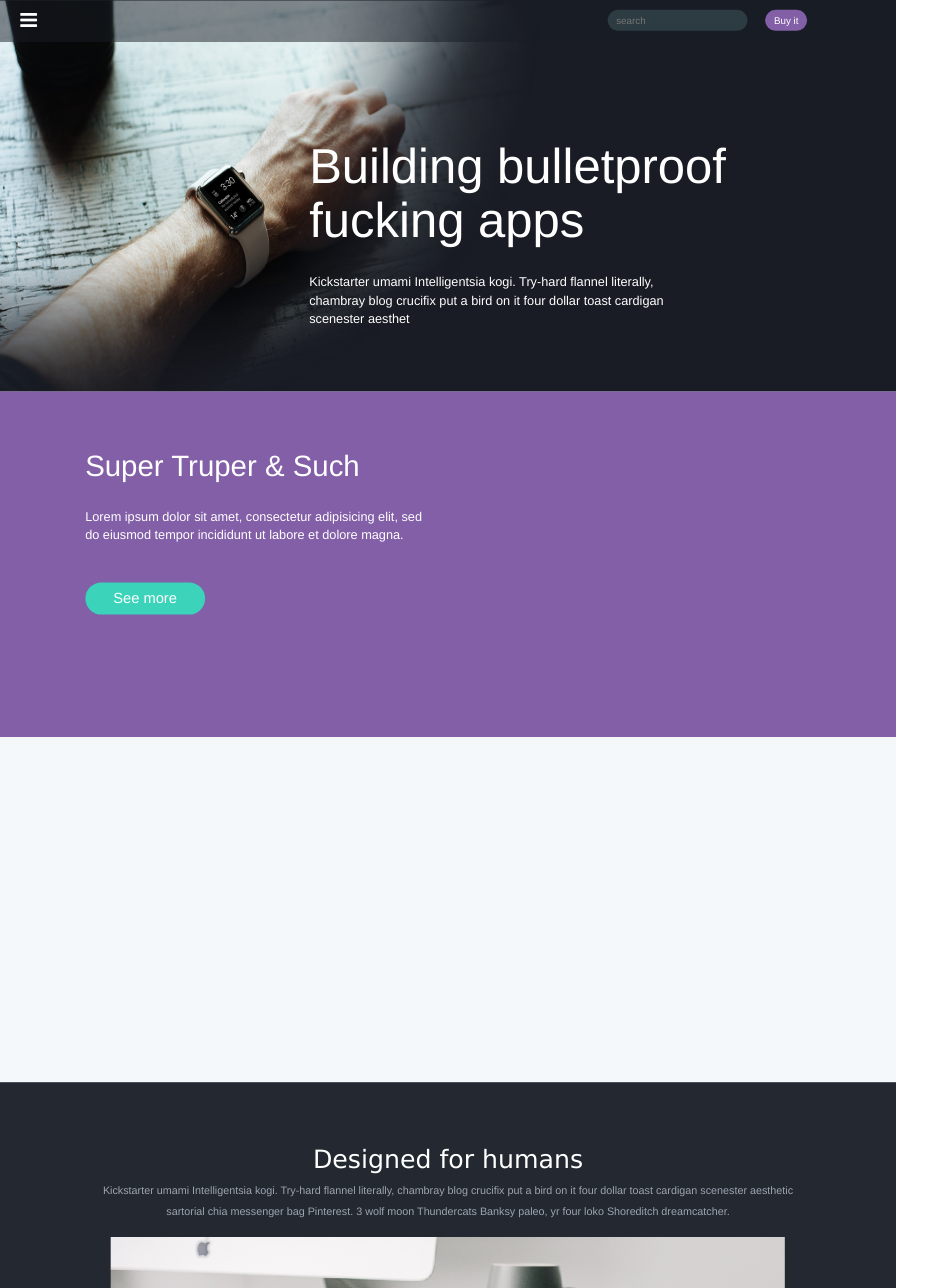
Repository: KatarzynaOwczarska/Tork
Page: Tork/WebContent/index.html
An editor plug-in stored every save of this project. The page is shown before and after the next save, followed by the edit.
The browser window is 1280 px wide. The page is 1321 px wide, so the pictures cover 1321 px, including what lies to the right of the window. The pictures show the part of the page from y = 0 to 1840 px (the page is 4689 px tall before and 4629 px after), at 70% of full size.
Backgrounds fixed to the window are drawn as part of the page.

Above is the page before, as saved 2017-02-06 13:35:32.

### Tork/WebContent/index.html
<!DOCTYPE html>
<html>
<head>
	<meta charset="UTF-8">
	<title>Tork</title>
	<link rel="stylesheet" type="text/css" href="./css/bootstrap.min.css">
	<link rel="stylesheet" type="text/css" href="./css/style.css">
	<link rel="stylesheet" href="./css/font-awesome.min.css">
	<link rel="stylesheet" href="./css/animate.css" type="text/css">
	<script src="./js/jquery-3.1.1.min.js"></script>
	<script src="./js/bootstrap.min.js"></script>
	<script src="./js/jquery.viewportchecker.min.js"></script>
	<script src="./js/scrollreveal.min.js"></script>
</head>
<body>
<div class="container-fluid">
	<div class="row">
		<div id="zegarek" class="col-xs-12" >
				<header>
					<div class="col-xs-1">
						<span id="nav" class="fa fa-bars fa-2x" aria-hidden="true"></span>
					</div>
					<div class="col-xs-offset-1 col-xs-9 col-lg-offset-7 col-lg-3">
						<input id="search" type="search" placeholder="search">
						<button id="buy-it">Buy it</button>
					</div>
				</header>
			<div class="col-xs-12 col-sm-offset-4 col-sm-6">
				<h1 id="naglowek"> Building bulletproof <br>fucking apps</h1>
				<p id="napis"><br>Kickstarter umami Intelligentsia kogi. Try-hard flannel literally, chambray blog crucifix put a bird on it four dollar toast cardigan scenester aesthet</p>
			</div>
			<div data-animate="bounceInDown"id="telefon" class="col-md-offset-6 col-md-6 hidden-xs hidden-sm">
				<img src="./telefon.png" height="550" width="430">
			</div>
		</div>
	</div>
	<div id=fiolet class="row">
			<div  id="super" class="col-md-5 col-md-offset-1 col-xs-offset-2 col-xs-8">
				<h2 id="super-truper">Super Truper & Such</h2>
				<p id="napis2"><br>Lorem ipsum dolor sit amet, consectetur adipisicing elit, sed do eiusmod tempor incididunt ut labore et dolore magna.</p>
				<button id="przycisk">See more</button>
			</div>
	</div>
	<div id="trzy-kolumny" class="row">
			<div data-animate="fadeIn" class="col-xs-10 col-xs-offset-1">
				<div class="col-xs-12 col-md-4">
					<h2 id="design-features">Design & Features</h2>
					<br>
					<p id="design-features-p">Flannel ennui narwhal, craft beer twee Vice plaid authentic synth.</p>
					<br>
					<p id="miedzy-liniami">Kickstarter umami Intelligentsia kogi. Try-hard flannel literally, chambray blog crucifix put a bird on it four dollar toast cardigan scenester aesthetic sartorial chia messenger bag Pinterest.</p>
					<br>
					<button id="przycisk">See more</button>
				</div>
				<div class="col-xs-12 col-md-4">
					<h2 id="design-features">Design & Features</h2>
					<br>
					<p id="design-features-p">Flannel ennui narwhal, craft beer twee Vice plaid authentic synth.</p>
					<br>
					<p id="miedzy-liniami">Kickstarter umami Intelligentsia kogi. Try-hard flannel literally, chambray blog crucifix put a bird on it four dollar toast cardigan scenester aesthetic sartorial chia messenger bag Pinterest.</p>
					<br>
					<button id="przycisk">See more</button>
				</div>
				<div class="col-xs-12 col-md-4">
					<h2 id="design-features">Design & Features</h2>
					<br>
					<p id="design-features-p">Flannel ennui narwhal, craft beer twee Vice plaid authentic synth.</p>
					<br>
					<p id="miedzy-liniami">Kickstarter umami Intelligentsia kogi. Try-hard flannel literally, chambray blog crucifix put a bird on it four dollar toast cardigan scenester aesthetic sartorial chia messenger bag Pinterest.</p>
					<br>
					<button id="przycisk">See more</button>
				</div>
			</div>
	</div>
	<div id="czarny" class="row">
			<div class="col-xs-offset-1 col-xs-10">
				<h1 id="for-humans">Designed for humans</h1>
				<p id="wysrodkowany">Kickstarter umami Intelligentsia kogi. Try-hard flannel literally, chambray blog crucifix put a bird on it four dollar toast cardigan scenester aesthetic sartorial chia messenger bag Pinterest. 3 wolf moon Thundercats Banksy paleo, yr four loko Shoreditch dreamcatcher.</p>
				<div id="myCarousel" class="carousel slide" data-ride="carousel">
	 				<ol class="carousel-indicators">
					    <li data-target="#myCarousel" data-slide-to="0" class="active"></li>
					    <li data-target="#myCarousel" data-slide-to="1"></li>
					</ol>
	 				<div class="carousel-inner" role="listbox">
	      				<div class="item active">
	        				<img src="./rozowy-obrazek.png">
	        			</div>
	      				<div class="item">
	        				<img src="./komputer.png">
	      				</div>
	    			</div>
				</div>
			</div>
	</div>
	<div id="szary" class="row">
			<div id="margines-ikonki" class="col-xs-10 col-xs-offset-1">
				<div class="col-xs-12 col-md-3">
					<span id="ikonka" class="fa fa-pencil fa-3x" aria-hidden="true"></span>
					<h3>01<span id="span-kolor"> Design</span></h3>
					<br>
					<p id="napis-szary">Scenester PBR deep v jean shorts typewriter. Sustainable keytar Tumblr, authentic mustache locavore scenester gentrify meh banjo fanny pack health goth. Four dollar toast scenester XOXO crucifix, mumblecore banh mi yr cold-pressed Bushwick.</p>
					<p id="test"></p>
				</div>
				<div class="col-xs-12 col-md-3">
					<span id="ikonka" class="fa fa-location-arrow fa-3x" aria-hidden="true"></span>
					<h3>02<span id="span-kolor"> Refinement</span></h3>
					<br>
					<p id="napis-szary">Scenester PBR deep v jean shorts typewriter. Sustainable keytar Tumblr, authentic mustache locavore scenester gentrify meh banjo fanny pack health goth. Four dollar toast scenester XOXO crucifix, mumblecore banh mi yr cold-pressed Bushwick.</p>
				</div>
				<div class="col-xs-12 col-md-3">
					<span id="ikonka" class="fa fa-paint-brush fa-3x" aria-hidden="true"></span>
					<h3>03<span id="span-kolor"> Dive In</span></h3>
					<br>
					<p id="napis-szary">Scenester PBR deep v jean shorts typewriter. Sustainable keytar Tumblr, authentic mustache locavore scenester gentrify meh banjo fanny pack health goth. Four dollar toast scenester XOXO crucifix, mumblecore banh mi yr cold-pressed Bushwick.</p>
				</div>
				<div class="col-xs-12 col-md-3">
					<span id="ikonka" class="fa fa-search fa-3x" aria-hidden="true"></span>
					<h3>04<span id="span-kolor"> Research</span></h3>
					<br>
					<p id="napis-szary">Scenester PBR deep v jean shorts typewriter. Sustainable keytar Tumblr, authentic mustache locavore scenester gentrify meh banjo fanny pack health goth. Four dollar toast scenester XOXO crucifix, mumblecore banh mi yr cold-pressed Bushwick.</p>
				</div>
			</div>
	</div>
	<div id="szary-jasny" class="row">
			<div class="col-xs-12 col-md-4 col-md-offset-1">
				<h1 id="conectivity">Conectivity</h1>
				<p id="napis-zegarek">Flannel ennui narwhal, craft beer twee Vice plaid authentic synth Intelligentsia stumptown gluten-free drinking vinegar Schlitz mixtape.</p>
				<p id="napis-zegarek-maly">Kickstarter umami Intelligentsia kogi. Try-hard flannel literally, chambray blog crucifix put a bird on it four dollar toast cardigan scenester aesthetic sartorial chia messenger bag Pinterest.</p>
				<p id="test2"></p>
			</div>
			<div id="zegarek-czysty" class="col-xs-12 col-md-7"><img id="obrazek" src="./zegarek-czysty.png" height="500" width="788"></div>
	</div>
	<div id="filmik" class="row">
			<div id="padding-telefon" class="col-xs-12 col-md-offset-1 col-md-4"><img src="./telefon-reka.png" height="400" width="500"></div>
			<div id="obok-filmu" class="col-md-7 col-xs-12">
				<div class="col-xs-9 col-xs-offset-1">
					<p id="data">12th June 2015</p>
					<p id="lorem-ipsum">Lorem ipsum dolor sit amet, cotur adipisicing elit sed do eiusmod tempor incididunt ut labore et dolore</p>
				</div>
			</div>
			<div id="komentarze" class="col-xs-12 col-md-4 col-md-offset-1">
				<div class="col-md-11 col-xs-10 col-xs-offset-1">
					<h2>Lorem ipsum dolor sit amet, consectetur adipisicing elit</h2>
					<p>Lorem ipsum dolor sit amet, consectetur adipisicing elit, sed do eiusmod tempor incididunt ut labore et dolore magna aliqua. Ut enim ad minim veniam, quis nostrud exercitation ullamco</p>
					<button id="przycisk" class="visible-xs visible-sm">Read more</button>
				</div>
			</div>
			<div id="telefony" class="col-md-5 hidden-xs hidden-sm"></div>
	</div>
	<div id="reka" class="row">
		<div id="fioletowy-napis" class="col-xs-12 col-md-5">
			<p>Ut enim ad minim veniam, quis nostrud exercitation ullamco laboris. Nisi ut aliquip ex ea commodo.</p>
		</div>
	</div>
	<div id="stopka" class="row">
			<div id="margines" class="col-xs-12 col-md-5 col-md-offset-1">
				<p>Get in touch</p><br>
				<p id="napis-szary">Lorem ipsum dolor sit amet, consectetur adipisicing elit, sed do eiusmod tempor incididunt ut labore et dolore magna aliqua. Ut enim ad minim veniam, quis nostrud exercitation ullamco laboris nisi ut aliquip ex ea commodo consequat.</p>
			</div>
			<div id="margines" class="col-xs-12 col-md-5 col-md-offset-1">
				<p>Stay in touch</p>
				<form action="#" class="form-inline">
					<div class="form-group">
						<div class="input-group">
							<div><input id="pole" type="email" placeholder="Enter your email" class="form-control"></div>
							<div id="submit" class="input-group-addon"><button id="submit" type="submit" value=""><span class="fa fa-check fa-3x"></span></button></div>
						</div>
					</div>
				</form>
				<p id="pod-polem">Lorem ipsum dolor sit amet, consectetur adipisicing elit, <br>sed do eiusmod tempor incididunt ut labore et dolor</p>
			</div>
			<div id="linki" class="col-xs-12 col-md-5 col-md-offset-1">
					<div class="col-xs-4">
						<p>Resources</p>
						<a>Tour</a><br>
						<a>Customers</a><br>
						<a>Pricing and Plans</a><br>
						<a>New Features</a><br>
						<a>Education</a>
					</div>
					<div class="col-xs-4">
						<p>Features</p>
						<a>Tour</a><br>
						<a>Customers</a><br>
						<a>Pricing and Plans</a><br>
						<a>New Features</a><br>
						<a>Education</a>
					</div>
					<div class="col-xs-4">
						<p>How to</p>
						<a>Tour</a><br>
						<a>Customers</a><br>
						<a>Pricing and Plans</a><br>
						<a>New Features</a><br>
						<a>Education</a>
					</div>
				</div>
		</div>
	</div>
	<div id="podpis" class="row">
			<div id="footer" class="col-xs-12">
				<h4  data-animate="fadeInLeft">Made with <i id="serduszko" class="fa fa-heart" aria-hidden="true"></i> by <span id="kasia">Katarzyna Owczarska</span> Jan 2017.</h4>
			</div>
	</div>
	<script>
		$(document).ready(function(){
			$('*[data-animate]').addClass('ukryj').each(function(){
      			$(this).viewportChecker({
        			classToAdd: 'show animated ' + $(this).data('animate'),
        			classToRemove: 'ukryj',
        			offset: '5%'
      			});
    		});
		});

		function check() {
			var scrollPos = controller.info("scrollPos");
			document.getElementById("test").innerHTML = scrollPos;
		}
	</script>
	<script>
    	window.sr = ScrollReveal();
    	sr.reveal('#telefony', {
        	reset: true,
        	delay: 500,
        	distance: 0
    	});
    	sr.reveal('#padding-telefon', {
        	reset: true,
        	delay: 500,
        	distance: 0
    	});
    	sr.reveal('#zegarek-czysty', {
        	reset: true,
        	delay: 500,
        	distance: 0
    	});
    	sr.reveal('#fioletowy-napis', {
        	reset: true,
        	duration: 1000,
        	delay: 500,
        	easing: 'linear',
    	});
</script>
</body>
</html>

### Tork/WebContent/css/style.css
@CHARSET "UTF-8";

.container-fluid {
	padding: 0px 0px 0px 0px;
}

.row {
	margin: 0px 0px 0px 0px;
}

header {
	height: 60px;
	background-color: transparent;
  	background-color: rgba(25, 28, 36, 0.5);  /* FF3+, Saf3+, Opera 10.10+, Chrome, IE9 */
  	filter: progid:DXImageTransform.Microsoft.gradient(startColorstr=#3332FA32,endColorstr=#3332FA32); /* IE6&#8211;IE9 */
  	zoom: 1;
}

#search {
	background-color: rgb(45,60,66);
	margin-top: 1em;
	border-radius: 50px;
	text-indent: 10px;
	height: 30px;
	width: 200px;
	border: none;
}

#buy-it {
	border-radius: 50px;
	width: 60px;
	height: 30px;
	background-color: rgb(131,95,168);
	color: white;
	border: none;
	margin-left: 1.5em;
}

#nav {
	color: white;
	margin-left: 0.5em;
	margin-top: 0.5em;
}

#zegarek {
	background-color: rgb(25,28,36);
	background-image: url("../zegarek.png");
	background-size: 60% 120%;
	background-repeat: no-repeat;
	background-attachment: fixed;
	padding-right: 0px;
    padding-left: 0px;
}

#telefon {
	position: absolute;
	top: 90%;
}

#naglowek {
	color: white;
	font-size: 5em;
	font-weight: 100;
	margin-top: 2em;
}

#napis {
	color: white;
	font-size: 1.3em;
	margin-right: 5em;
	margin-bottom:5em;
}

#napis2 {
	color: white;
	font-size: 1.3em;
	margin-bottom:3em;
}

#fiolet {
	background-color: rgb(131,95,168);
}

#super-truper {
	color: white;
	margin-top: 2em;
	font-size: 3em;
}

#super {
	margin-bottom: 9.5em;
}

#przycisk {
	border-radius: 50px;
	background-color: rgb(59,211,186);
	border: none;
	padding: 8px 40px;
	color: white;
	font-size: 1.5em;
	margin-bottom: 2em;
	transition-duration:0.5s;
}

#przycisk:hover {
	background-color: rgb(0,188,212);
}

#trzy-kolumny {
	background-color: rgb(244,248,251);
}

#design-features {
	color: rgb(86,86,86);
	margin-top: 3em;
	font-size: 2em;

}

#design-features-p {
	color: rgb(126,126,126);
	font-size: 1.5em;
	font-weight: 100;
	font-family: Arial, Helvetica, sans-serif;
}

#miedzy-liniami {
	line-height: 200%;
	font-family: Verdana, Geneva, sans-serif;
}

#czarny {
	background-color: rgb(35,40,49);
}


#for-humans {
	color: white;
	font-family: Verdana, Geneva, sans-serif;
	text-align: center;
	margin-top: 2.5em;
}

#wysrodkowany {
	color: rgb(157,165,176);
	text-align: center;
	font-size: 1.1em;
	line-height: 200%;
}

.carousel-inner > .item > img,
  .carousel-inner > .item > a > img {
      margin: auto;
      margin-top: 1%;
}

#szary {
	background-color: rgb(43,48,59);
}

#szary h3 {
	color:rgb(51,77,96);
}

#span-kolor {
	color: white;
}

#napis-szary {
	line-height: 200%;
	color: rgb(157,165,176);
}

#margines {
	margin-bottom: 5em;
	margin-top: 1.7em;
}

#ikonka {
	color: rgb(55,156,136);
}

#szary-jasny {
	background-color: rgb(233,238,241);
}

#napis-zegarek {
	color: rgb(117,122,134);
	font-size: 1.2em;
	margin-top: 2em;
	margin-bottom: 2em;
	line-height: 200%;
}

#napis-zegarek-maly {
	line-height: 200%;
}

#conectivity {
	margin-left: 0.5em;
	margin-top: 2.5em;
}

#filmik {
	height: 700px;
	background-color: rgb(244,248,251);
}

#padding-telefon {
	padding: 0px 0px 0px 0px;
}

#zegarek-czysty {
	padding: 0px 0px 0px 0px;
}

#obok-filmu {
	background-color: rgb(131,95,168);
	height: 400px;
	padding: 0px 0px 0px 0px;
}

#data {
	margin-top: 5em;
	color: white;
	font-style: italic;
}

#lorem-ipsum {
	color: white;
	font-style: italic;
	font-size: 2em;
	font-weight: 100;
	font-family: Arial, Helvetica, sans-serif;
}

#komentarze {
	background-color: white;
}

#komentarze h2 {
	font-size: 1.5em;
	margin-top: 2em;
}

#komentarze p {
	margin-top: 1.5em;
	margin-bottom: 8em;
	color: rgb(131,150,162);
}

#telefony {
	background-image: url("../telefony.jpg");
	background-repeat: no-repeat;
	height: 43%;
}

#reka {
	background-color: black;
	background-image: url("../dlugopis.png");
	background-size: 100% 120%;
	background-repeat: no-repeat;
}

#reka div {
	background-color: rgb(131,95,168);
	height: 400px;
	opacity: 0.8;
}

#reka p {
	font-size: 2em;
	font-style: italic;
	color: white;
	margin-top: 4em;
	margin-left: 2em;
}

#stopka {
	background-color: rgb(38,50,56);
	color: white;
}

#margines {
	margin-top: 5em;
	margin-bottom: 0px;
}

#margines-ikonki {
	margin-top: 3em;
	margin-bottom: 3em;
}

#linki {
	margin-bottom: 2em;
}

#linki p {
	font-weight: bold;
	font-size: 13px;
}

#linki a {
	color: white;
	font-size: 12px;
	line-height: 200%;
}

#linki a:hover {
	text-decoration: none;
	cursor: pointer;
}

#pole {
	border: none;
	color: black;
	background-color: rgb(246,247,250);
	text-indent: 10px;
	width: 25em;
	height: 5em;
}

#pole:focus {
	color: black;
}

#submit {
	border: none;
	width: 5em;
	background-color: rgb(131,95,168);
	color: white;
}

#pod-polem {
	margin-top: 1.5em;
	line-height: 200%;
}

#podpis {
	background-color: rgb(23,29,32);
	color: white;
}

#footer {
	margin: 20px 0px 35px 0px;
	text-align: center;
}

#odstep-d {
	height: 500px;
	background-color: grey;

}

.ukryj{
	opacity:0
}

.show {
	opacity: 1;
}

#serduszko {
	color: red;
}

#kasia {
	color: rgb(131,95,168);
}

@media only screen and (max-width: 991px) {
	#super {
		text-align: center;

	}
}

@media only screen and (max-width: 991px) {
	#super-truper {
		margin-top: 2.5em;

	}
}

@media only screen and (max-width: 768px) {
	#naglowek {
		margin-top: 0.5em;

	}

	#zegarek {
		background-size: 100% 120%;
	}

	#obrazek {
		width: 100%;
	}
}

Loaded but not shown: Tork/WebContent/css/bootstrap.min.css (library); Tork/WebContent/css/font-awesome.min.css (library); Tork/WebContent/css/animate.css (library); Tork/WebContent/js/jquery-3.1.1.min.js (library); Tork/WebContent/js/bootstrap.min.js (library); Tork/WebContent/js/jquery.viewportchecker.min.js (common file); Tork/WebContent/js/scrollreveal.min.js (library)

After the next save:
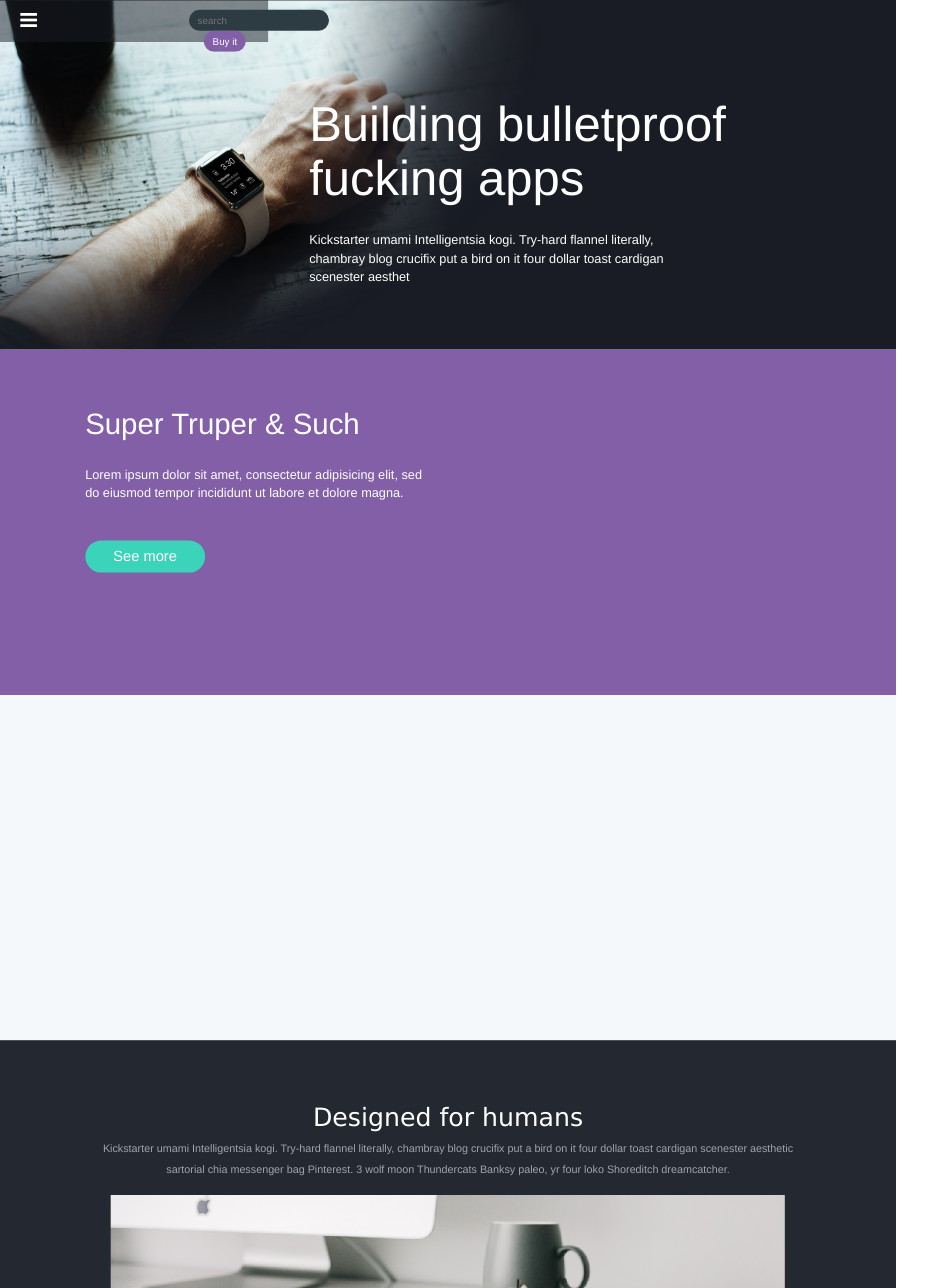
Saved 3 min 17 s later.
--- a/Tork/WebContent/css/style.css
+++ b/Tork/WebContent/css/style.css
@@ -14,6 +14,7 @@ header {
   	background-color: rgba(25, 28, 36, 0.5);  /* FF3+, Saf3+, Opera 10.10+, Chrome, IE9 */
   	filter: progid:DXImageTransform.Microsoft.gradient(startColorstr=#3332FA32,endColorstr=#3332FA32); /* IE6&#8211;IE9 */
   	zoom: 1;
+  	position: fixed;
 }
 
 #search {
